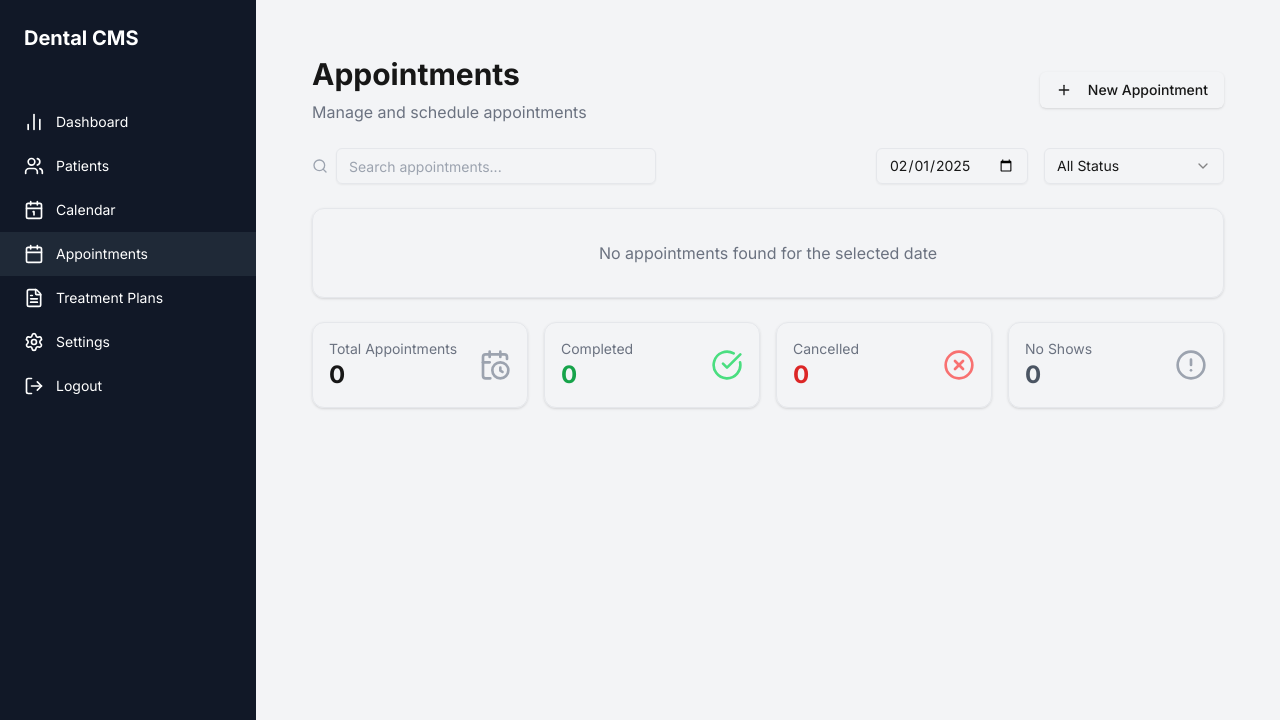
Repository: djdjdallas/diamonddental
Page: /dashboard/appointments
An editor plug-in stored every save of this project. The page is shown before and after the next save, followed by the edit.
The browser window is 1280 px wide. The pictures show the whole page.
The page's requests for data from a server got no answer. The project was rebuilt for these pictures with package versions that can differ from the ones it lists, and the page was loaded fresh each time. The framework's server and built-in components were replaced by stand-ins that run in the browser. No one was signed in, and anything a server would have sent is missing. Also part of the build but not shown: next.config.mjs, src/components/ui/label.jsx, src/components/ui/badge.jsx.

Above is the page before, as saved 2025-02-01 10:54:07.

After the next save:
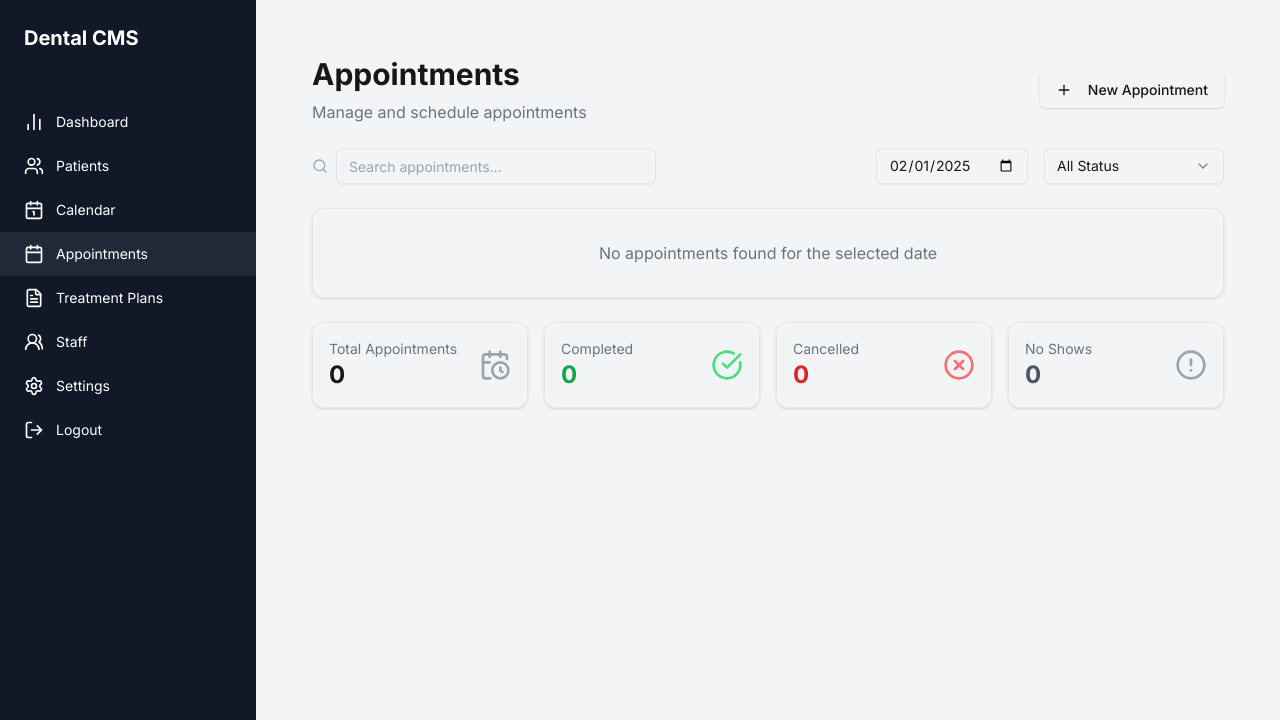
Saved 69 s later.
--- a/src/app/dashboard/layout.js
+++ b/src/app/dashboard/layout.js
@@ -11,6 +11,7 @@ import {
   FileText,
   LogOut,
   Calendar1,
+  Users2,
 } from "lucide-react";
 import { cn } from "@/lib/utils";
 
@@ -20,6 +21,7 @@ const sidebarLinks = [
   { name: "Calendar", href: "/dashboard/calendar", icon: Calendar1 },
   { name: "Appointments", href: "/dashboard/appointments", icon: Calendar },
   { name: "Treatment Plans", href: "/dashboard/treatments", icon: FileText },
+  { name: "Staff", href: "/dashboard/staff", icon: Users2 },
   { name: "Settings", href: "/dashboard/settings", icon: Settings },
 ];
 
